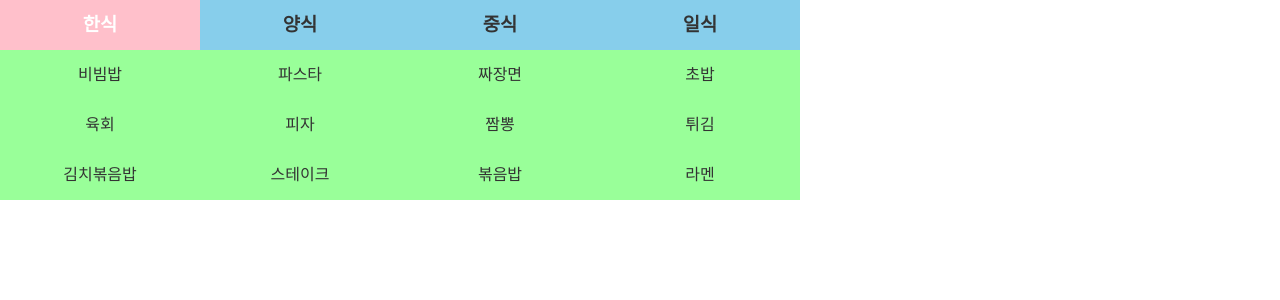
Repository: gwonjunsu95/html5
Page: html5/WebContent/day0304.html
These files come from the project's save history. The page is drawn as it stood at one moment and after the next save; the edit follows.
The browser window is 1280 px wide. The pictures show the whole page.
The pointer rests on the first visible `ul ul > li`.

Above is the page before, as saved 2020-04-20 05:29:23.

After the next save:
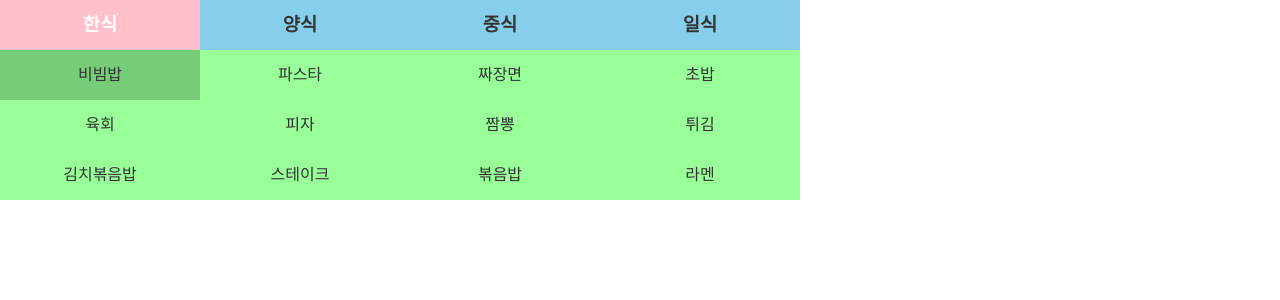
Saved 52 s later.
--- a/html5/WebContent/day0304.html
+++ b/html5/WebContent/day0304.html
@@ -31,6 +31,10 @@
 		ul ul > li{
 			background: #9f9;
 		}
+
+			ul ul > li:hover{
+				background: #7c7;
+			}
 	</style>
 </head>
 <body>
